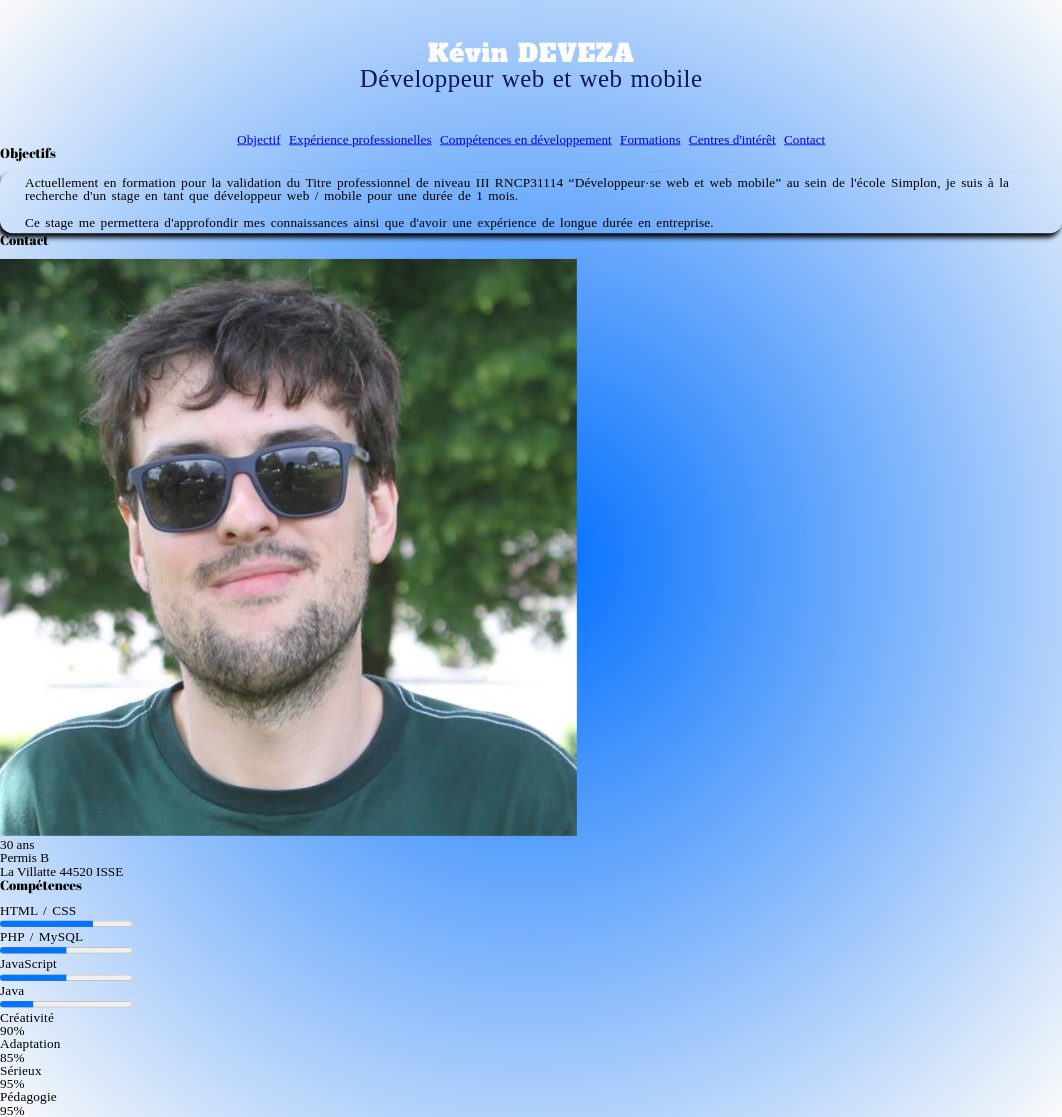
Repository: KevinDvZ/kevindvz.github.io
Page: index.html
These files come from the project's save history. The page is drawn as it stood at one moment and after the next save; the edit follows.
The browser window is 1280 px wide. The pictures show the whole page, at 83% of full size.

Above is the page before, as saved 2020-10-28 08:51:19.

After the next save:
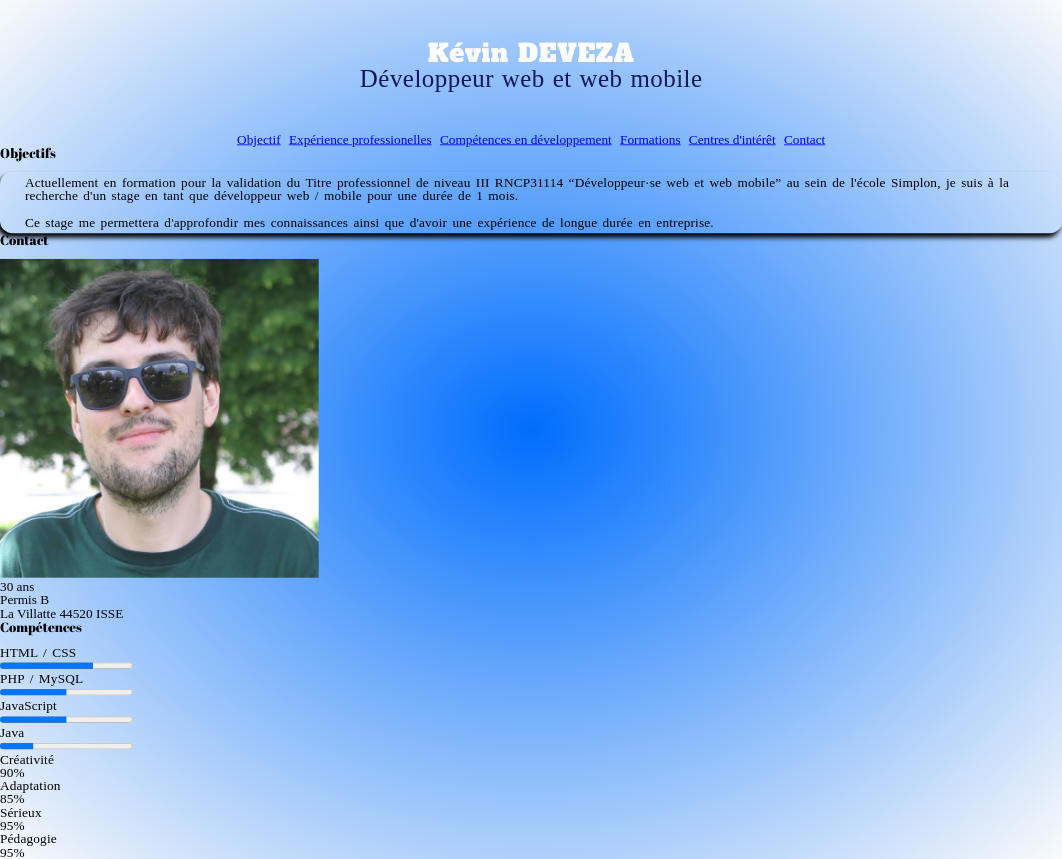
Saved 62 s later.
--- a/css/cv_deveza.css
+++ b/css/cv_deveza.css
@@ -23,10 +23,6 @@ header {
   word-spacing: 1.4px;
   color: #10175a;
   margin-bottom: auto;
-}
-
-#junior {
-  margin-top: 3px;
 }
 
 nav {
@@ -73,6 +69,10 @@ main {
   background: #ffffff;
 }
 
+.img {
+  width: 30%;
+}
+
 .entete {
   font-family: "Abril Fatface", cursive;
   display: block;
